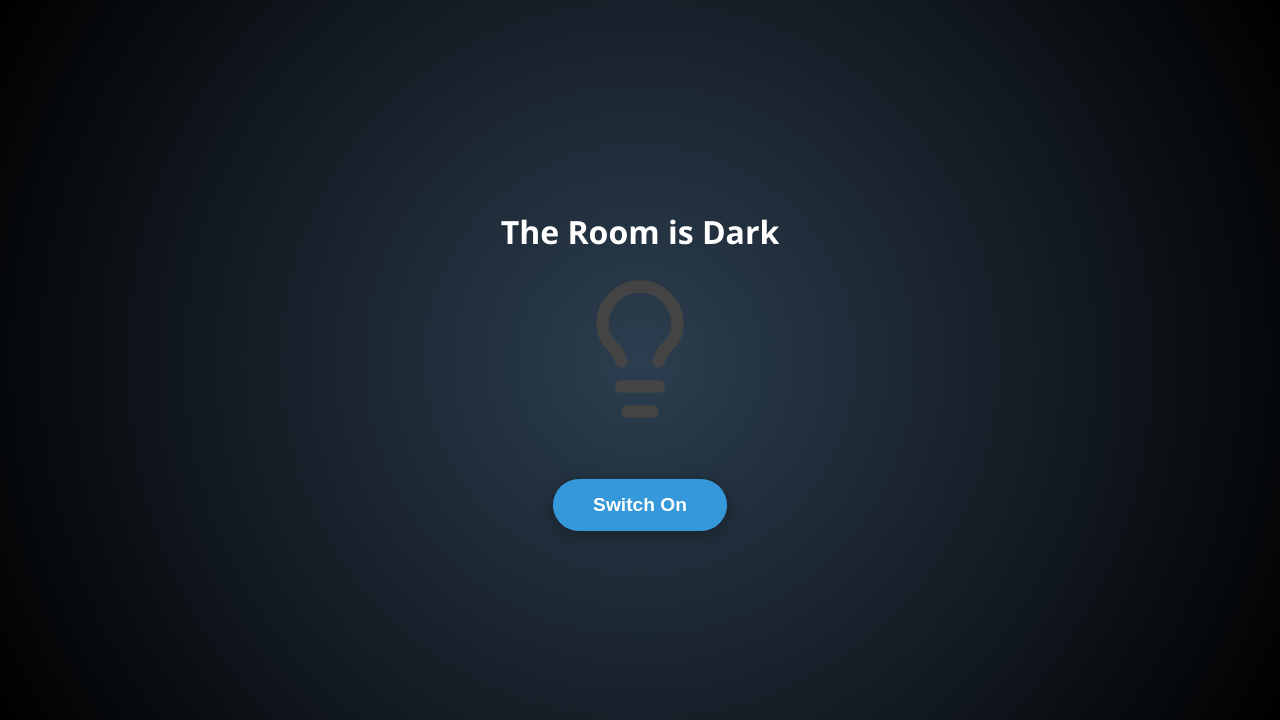
Repository: oii-233/CSEC_ASTU_Toggle
Page: index.html
An editor plug-in stored every save of this project. The page is shown before and after the next save, followed by the edit.
The browser window is 1280 px wide. The pictures show the whole page.
After loading, the first visible `#toggleBtn` was clicked once.

Above is the page before, as saved 2025-12-21 03:10:46.
Console error: TypeError: Cannot set properties of null (setting 'innerText')

After the next save:
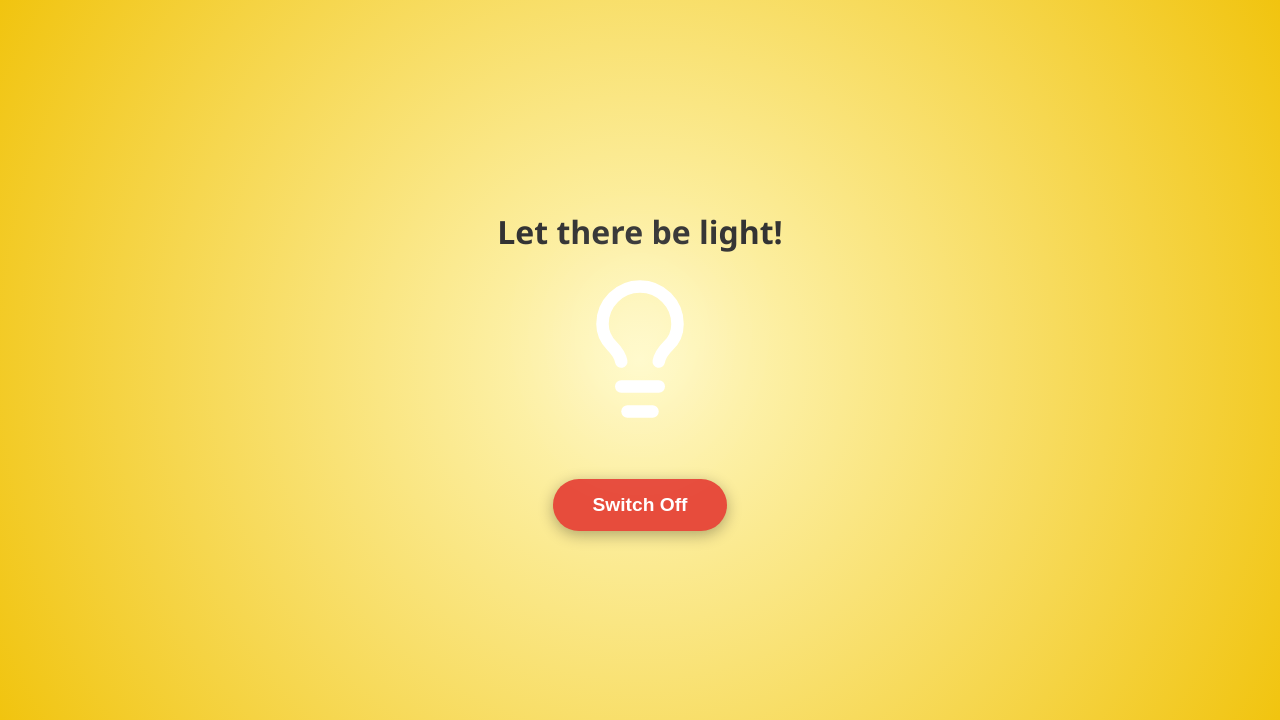
The error is gone.
Saved 10 s later.
--- a/script.js
+++ b/script.js
@@ -1,20 +1,23 @@
-// 1. Initialize the icons so they appear
+// Initialize Lucide Icons
 lucide.createIcons();
 
 const btn = document.getElementById('toggleBtn');
 const body = document.body;
-const text = document.getElementById('toggleText');
+const statusText = document.getElementById('statusText');
 
 btn.addEventListener('click', () => {
-    // Toggle the 'on-mode' class on the body
-    body.classList.toggle('on-mode');
+    // 1. Toggle Classes
+    body.classList.toggle('light-on');
+    body.classList.toggle('dark-mode');
 
-    // Change the text based on if 'on-mode' is active
-    if (body.classList.contains('on-mode')) {
-        text.innerText = "ON";
+    // 2. Update Text and Button
+    if (body.classList.contains('light-on')) {
+        statusText.innerText = "Let there be light!";
         btn.innerText = "Switch Off";
+        btn.style.background = "#e74c3c"; // Change button to red when on
     } else {
-        text.innerText = "OFF";
+        statusText.innerText = "The Room is Dark";
         btn.innerText = "Switch On";
+        btn.style.background = "#3498db"; // Change button back to blue
     }
 });
